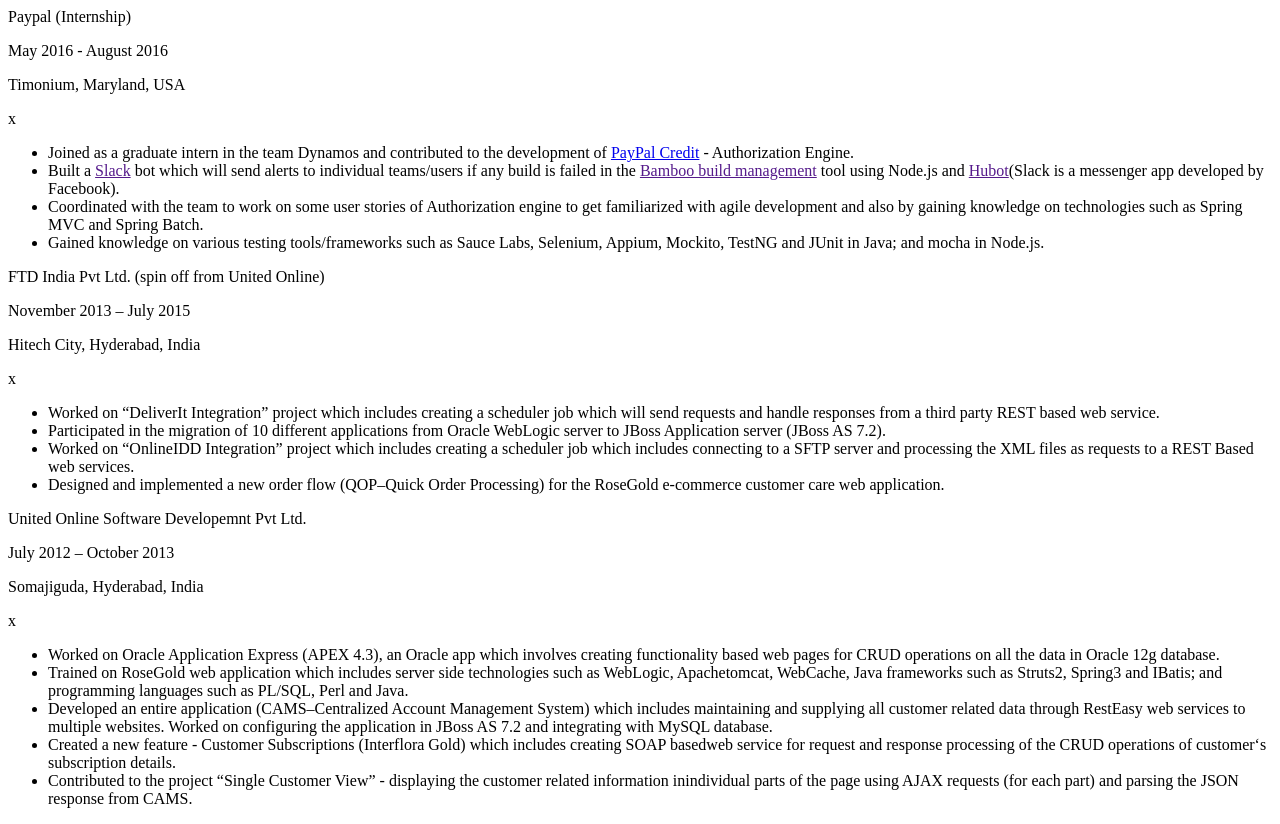
Repository: phanindrakannaji/Resume
Page: http://localhost/application/pages/experience.php
The author's editor kept a copy of each file at every save. The page is drawn from the files as they stood at one save, then again after the next save.
The browser window is 1280 px wide. The pictures show the whole page.
The page is run by PHP 8.4 with error messages shown; the project is at /var/www/html/.

Above is the page before, as saved 2016-09-25 16:56:45.
Console error: ReferenceError: $ is not defined

After the next save:
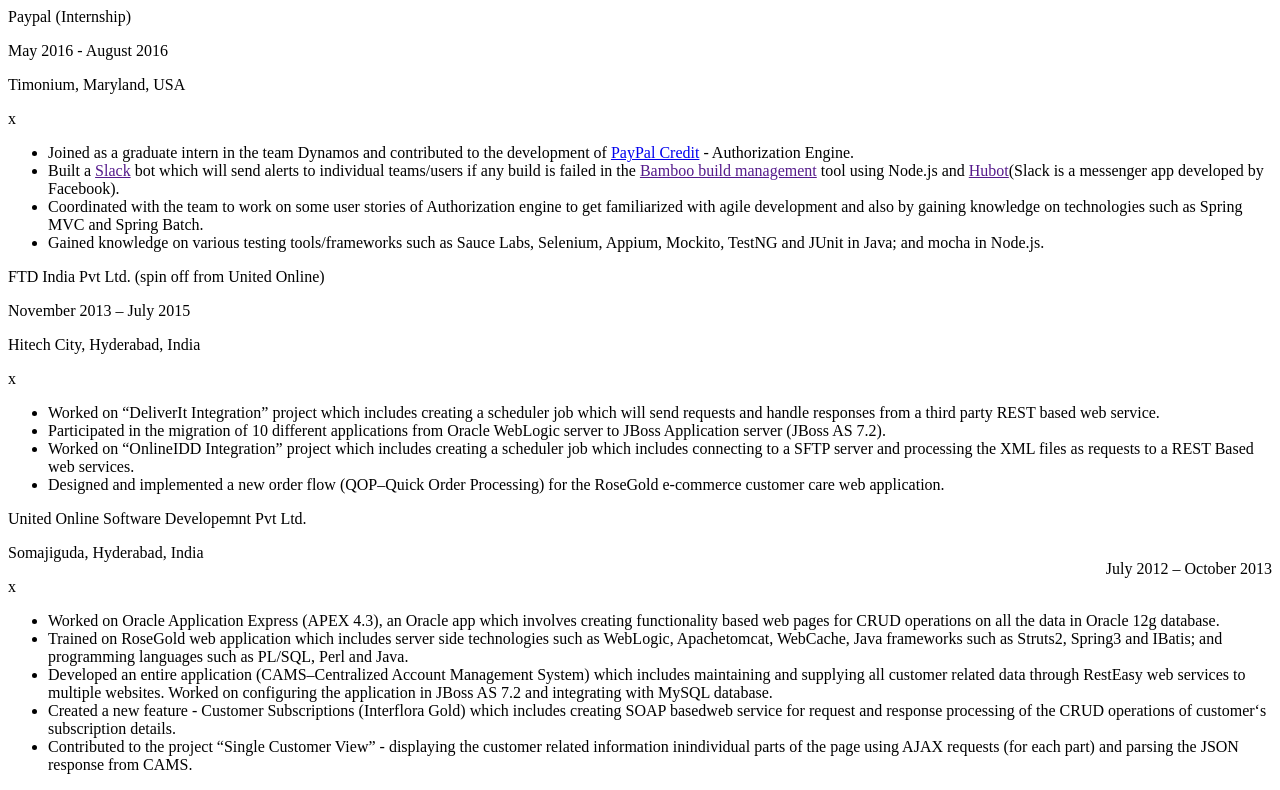
Saved 2 min 25 s later.
--- a/Resume/application/pages/experience.php
+++ b/Resume/application/pages/experience.php
@@ -67,7 +67,7 @@
 	<div class="divExperienceHeading">
 		<p class="expHeading expHeadingContent">United Online Software
 			Developemnt Pvt Ltd.</p>
-		<p class="expHeadingContent">July 2012 – October 2013</p>
+		<p class="expHeadingContent" style="float: right;">July 2012 – October 2013</p>
 		<p class="expHeadingContent divExperiencelocation ">Somajiguda,
 			Hyderabad, India</p>
 	</div>
